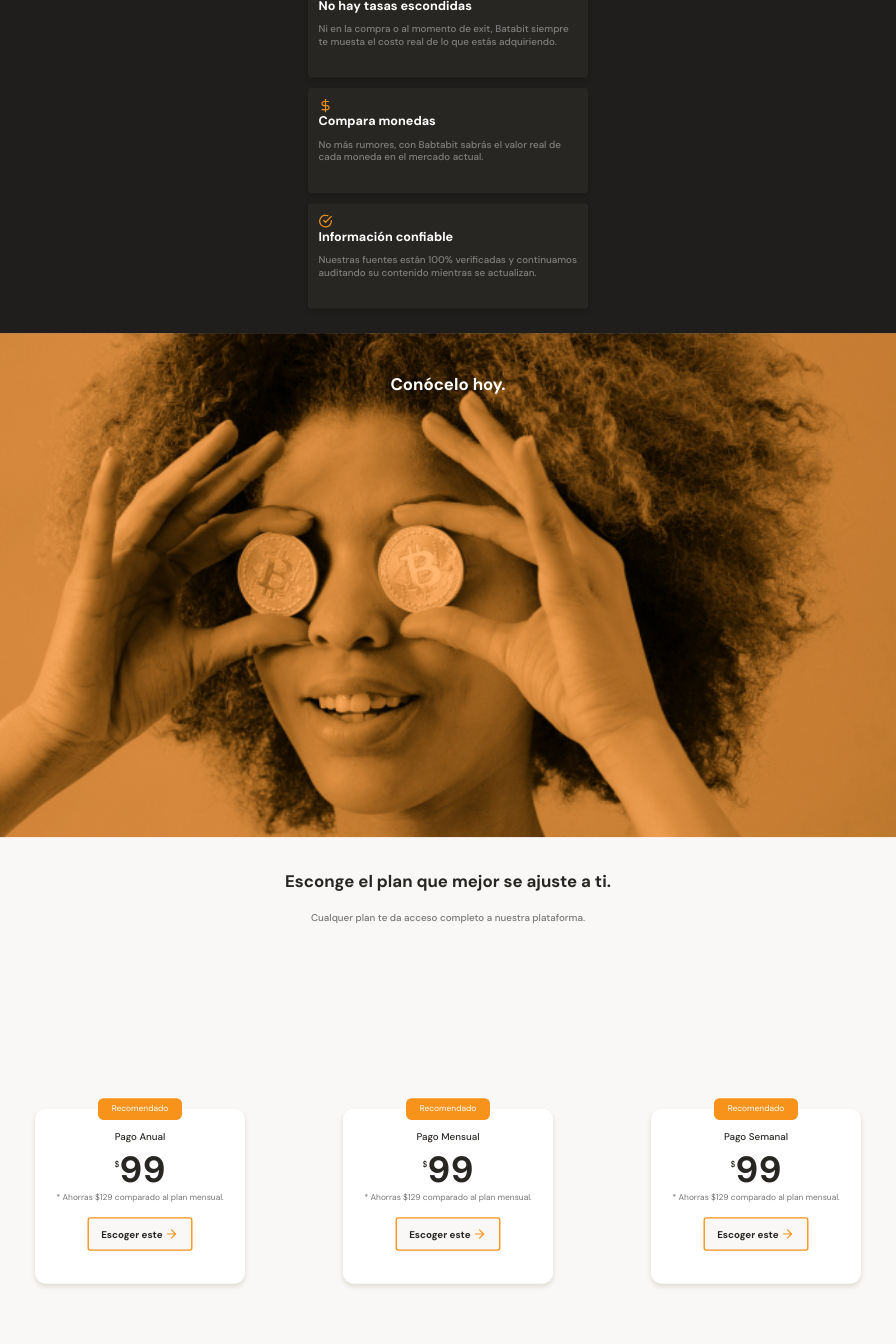
Repository: elto82/mobileFirst
Page: index.html
An editor plug-in stored every save of this project. The page is shown before and after the next save, followed by the edit.
The browser window is 1280 px wide. The pictures show the part of the page from y = 1507 to 3427 px (the page is 3427 px tall), at 70% of full size.
Some web fonts or font styles are not loaded; a fallback is used.

Above is the page before, as saved 2022-06-08 22:34:10.

### index.html
<!DOCTYPE html>
<html lang="en">
  <head>
    <meta charset="UTF-8" />
    <meta http-equiv="X-UA-Compatible" content="IE=edge" />
    <meta name="viewport" content="width=device-width, initial-scale=1.0" />
    <link rel="preconnect" href="https://fonts.googleapis.com" />
    <link rel="preconnect" href="https://fonts.gstatic.com" crossorigin />
    <link
      href="https://fonts.googleapis.com/css2?family=DM+Sans:wght@400;500;700&family=Inter:wght@300;500&family=Poppins:ital,wght@0,300;1,400;1,600&family=Quicksand:wght@300;500;700&family=Roboto:wght@400;700&family=Rubik+Beastly&display=swap"
      rel="stylesheet"
    />
    <link rel="stylesheet" href="./style.css">
    <title>Document</title>
  </head>
  <body>
    <header>
        <img src="./assets/img/logo.svg" alt="">
        <div class="header-title-container">
            <h1>La próxima revolución en el intercambio de criptomonedas.</h1>
            <p>Batatabit te ayuda a navegar entre los diferentes precios y tendencias.  </p>
            <a href="#plans" class="header-button">Conoce nuestros planes <span></span></a>
        </div>
    </header>
    <main>
      <section class="main-exchange-container">
          <div class="backgroundImg"></div>
          <div class="main-exchange-conintainer--title">
            <h2>Visibilizamos todas las tasas de cambio.</h2>
            <p>Traemos información en tiempo real de las casas de cambio y las monedas más importantes del mundo.</p>
          </div>
          <section class="main-tables-container">
              <div class="main-currency-table">
                <p class="currency-table--title">Monedas</p>
                <div class="currency-table--container">
                  <table>
                    <tr>
                      <td class="table__top-left">Bitcoin</td>
                      <td class="table__top-right table__right" >$1.96 <span class="down"></span></td>
                    </tr>
                    <tr>
                      <td>Ethereum</td>
                      <td class="table__right">$0.07 <span class="up"></span></td>
                    </tr>
                    <tr>
                      <td>Riple</td>
                      <td class="table__right">$2.15<span class="down"></span></td>
                    </tr>
                    <tr>
                      <td class="table__bottom-left">Stellar</td>
                      <td class="table__botton-right table__right">$4.96 <span class="down"></span></td>
                    </tr>
                  </table>
                </div>
                <div class="currency-table--date">
                  <p><b> Actualizado:</b> 19 julio 23:45</p>
                </div>
              </div>
          </section>
      </section>

      <section class="main-product-detail">
        <span class="product-detail--batata-logo"></span>
        <div class="product-detail--title">
          <h2>Creamos un producto sin comparación.</h2>
          <p>Confiable y diseñado para su uso diario.</p>
        </div>
        <section class="product-cards--container">
          <article class="product-detail--card">
            <span class="clock"></span>
            <p class="product--card-title">Tiempo real</p>
            <p class="product--card-body">Nuestro API toma información minuto a minuto sobre las tasas que más determinan el comportamiento.</p>
          </article>
          <article class="product-detail--card">
            <span class="eye"></span>
            <p class="product--card-title">No hay tasas escondidas</p>
            <p class="product--card-body">Ni en la compra o al momento de exit, Batabit siempre te muesta el costo real de lo que estás adquiriendo.</p>
          </article>
          <article class="product-detail--card">
            <span class="money"></span>
            <p class="product--card-title">Compara monedas</p>
            <p class="product--card-body">No más rumores, con Babtabit sabrás el valor real de cada moneda en el mercado actual.</p>
          </article>
          <article class="product-detail--card">
            <span class="ok"></span>
            <p class="product--card-title">Información confiable</p>
            <p class="product--card-body">Nuestras fuentes están 100% verificadas y continuamos auditando su contenido mientras se actualizan.</p>
          </article>
        </section>
      </section>
      <section class="bitcoint-img-container">
        <h2>Conócelo hoy.</h2>
      </section>
      <section id="plans" class="main-plans-container">
        <div class="plans--title">
          <h2>Esconge el plan que mejor se ajuste a ti.</h2>
          <p>Cualquer plan te da acceso completo a nuestra plataforma.</p>
        </div>
        <section class="plans-container--slider">
          <article class="plans-conteiner--card">
            <p class="recommended">Recomendado</p>
            <div class="plan-info-container">
              <h3 class="plan-card--title">Pago Anual</h3>
              <p class="plan-card--price"><span>$</span>99</p>
              <p class="plan-card--saving">* Ahorras $129 comparado al plan mensual.</p>
              <button class="plan-card--ca">Escoger este <span></span></button>
            </div>
          </article>
          <article class="plans-conteiner--card">
            <p class="recommended">Recomendado</p>
            <div class="plan-info-container">
              <h3 class="plan-card--title">Pago Mensual</h3>
              <p class="plan-card--price"><span>$</span>99</p>
              <p class="plan-card--saving">* Ahorras $129 comparado al plan mensual.</p>
              <button class="plan-card--ca">Escoger este <span></span></button>
            </div>
          </article>
          <article class="plans-conteiner--card">
            <p class="recommended">Recomendado</p>
            <div class="plan-info-container">
              <h3 class="plan-card--title">Pago Semanal</h3>
              <p class="plan-card--price"><span>$</span>99</p>
              <p class="plan-card--saving">* Ahorras $129 comparado al plan mensual.</p>
              <button class="plan-card--ca">Escoger este <span></span></button>
            </div>
          </article>
        </section>
      </section>
    </main>
    <footer></footer>
  </body>
</html>

### style.css
/*
1. Posicionamiento
2. Modelo de caja (box model)
3. Tipografia
4.Visuales
5. Otros
*/
:root{
    /* colores */
    --bitcoin-orange:#f7931a;
    --soft-orange: #ffe9d5;
    --secondary-blue:#1a9af7;
    --soft-blue: #e7f5ff;
    --warm-black: #201e1c;
    --black:#282623;
    --grey:#bababa;
    --off-white:#faf8f7;
    --just-white:#fff;

}
*{
    box-sizing: border-box;
    margin: 0;
    padding: 0;
}
html{
    font-size: 62.5%;
    font-family: 'DM Sans', sans-serif;;
}
header{
    position: relative;
    display: flex;
    flex-direction: column;
    justify-content: center;
    width: 100%;
    min-width: 32rem;
    height: 34rem;
    text-align: center;
    background: linear-gradient(207.8deg, #201e1c 16.69%, #f7931a 100%);
}
header img{
    width: 15rem;
    height: 2.4rem;
    margin-top: 6rem;
    align-self: center;
}
.header-title-container{
    width: 90%;
    min-width: 28.8rem;
    max-width: 90rem;
    height: 21.8rem;
    margin-top: 4rem;
    text-align: center;
    align-self: center;
}
.header-title-container h1{
    font-size: 2.4rem;
    font-weight: bold;
    line-height: 2.6rem;
    color: var(--just-white);
}
.header-title-container p{
    margin-top: 2.5rem;
    font-size: 1.4rem;
    font-weight: 500;
    line-height: 1.8rem;
    color: var(--soft-orange);
}
.header-title-container .header-button{
    position: absolute;
    left: calc(50% - 11.8rem);
    top: 27rem;
    display: block;
    margin-top: 3.5rem;
    padding: 1.5rem;
    width: 22.9rem;
    height: 4.8rem;
    background-color: var(--off-white);
    box-shadow: 0px 4px 8px rgba(89, 73, 30, 0.16);
    border: none;
    border-radius: 0.5rem;
    font-size: 1.4rem;
    font-weight: bold;
    text-decoration: none;
    color: var(--black);
}
.header-button span{
    display: inline-block;
    width: 1.3rem;
    height: 0.8rem;
    margin-left: 1rem;
    background-image: url('./assets/icons/down-arrow.svg');
}
main{
    width: 100%;
    height: auto;
    background-color: var(--off-white);
}
.main-exchange-container{
    width: 100%;
    height: auto;
    padding-top: 8rem;
    padding-bottom: 3rem;
    text-align: center;
}
.main-exchange-conintainer--title{
    width: 90%;
    min-width: 28.8rem;
    max-width: 90rem;
    margin: 0 auto;
}
.main-exchange-container .backgroundImg{
    width: 20rem;
    height: 20rem;
    margin: 0 auto;
    margin-bottom: 5rem;
    background-image: url('./assets/img/Bitcoin.svg');
    background-size: cover;
    background-position: center;
    background-repeat: no-repeat;
}
.main-exchange-container h2{
    margin-bottom: 3rem;
    font-size: 2.4rem;
    font-weight: bold;
    line-height: 2.6rem;
    color: var(--black);
}
.header-title-container p{
    margin-bottom: 3rem;
    font-size: 1.4rem;
    font-weight: 500;
    line-height: 1.6rem;
    color: #757575;
}
.main-currency-table{
    width: 70%;
    min-width: 23.5rem;
    max-width: 50re;
    height: 36rem;
    margin: 0 auto;
    font-family: 'Inter', 'sans-serif';
}
.main-currency-table .currency-table--title{
    margin-top: 2rem;
    margin-bottom: 1.5rem;
    font-size: 1.8rem;
    font-weight: bold;
    line-height: 2.3rem;
    color: var(--bitcoin-orange);
}
.currency-table--container{
    width: 90%;
    min-width: 23rem;
    max-width: 30rem;
    height: 25rem;
    margin: 0 auto;
}
.currency-table--container table{
    width: 100%;
    height: 100%;
}
.currency-table--container td{
    width: 50%;
    font-size: 1.6rem;
    font-weight: 500;
    line-height: 1.9rem;
    color: var(--grey);
    background-color: var(--just-white);
}
.currency-table--container .table__top-left{
    border-radius: 1.5rem 0 0 0;
}
.currency-table--container .table__top-right{
    border-radius: 0 1.5rem 0 0;
}
.currency-table--container .table__bottom-left{
    border-radius: 0 0 0 1.5rem;
}
.currency-table--container .table__botton-right{
    border-radius: 0 0 1.5rem 0;
}
.currency-table--container .table__right{
    font-size: 1.4rem;
    font-weight: normal;
    line-height: 1.7rem;
    color: #757575;
}
.currency-table--container .down{
    display: inline-block;
    width: 1.5rem;
    height: 1.5rem;
    margin-left: 1rem;
    background-image: url('./assets/icons/trending-down.svg');
    background-size: cover;
    background-position: center;
    background-repeat: no-repeat;
}
.currency-table--container .up{
    display: inline-block;
    width: 1.5rem;
    height: 1.5rem;
    margin-left: 1rem;
    background-image: url('./assets/icons/trending-up.svg');
    background-size: cover;
    background-position: center;
    background-repeat: no-repeat;
}
.currency-table--date{
    width: 19rem;
    height: 3rem;
    margin: 0 auto;
    margin-top: 1.5rem;
    padding: 0.8rem;
    background-color: var(--soft-orange);
    border-radius: 0.8rem;
    box-shadow: 0px 4px 8px rgba(89, 73, 30, 0.16);
}
.currency-table--date p{
    font-weight: 300;
    font-size: 1.2rem;
    line-height: 1.5rem;
    color: var(--warm-black);
}
.main-product-detail{
    position: relative;
    width: 100%;
    min-width: 32rem;
    height: auto;
    padding: 2rem 1rem;
    background-color: var(--warm-black);
}
.product-detail--batata-logo{
    position: absolute;
    width: 4rem;
    height: 2.5rem;
    top: -1rem;
    left: calc(50% - 2rem);
    background-image: url('./assets/icons/batata.svg');

}
.product-detail--title{
    width: 90%;
    min-width: 28.8rem;
    height: auto;
    margin: 0 auto;
    margin-top: 5rem;
    text-align: center;
}
.product-detail--title h2{
    margin-bottom: 2rem;
    font-size: 2.4rem;
    font-weight: bold;
    line-height: 2.6rem;
    color: var(--just-white);
}
.product-detail--title p{
    margin-bottom: 2rem;
    font-size: 1.4rem;
    font-weight: 500;
    line-height: 1.8rem;
    color: #808080;
}
.product-detail--card{
    width: 90%;
    min-width: 28.8rem;
    max-width: 40rem;
    min-height: 15rem;
    margin: 1.5rem auto;
    padding: 1.5rem;
    background-color: var(--black);
    border-radius: 0.5rem;
    box-shadow: 0 4px 8px rgba(0, 0, 0, 0.16);
}
.product-detail--card .clock{
    display: inline-block;
    width: 2rem;
    height: 2rem; ;
    background-image: url('./assets/icons/clock.svg');
    background-size: cover;
    background-position: center;
    background-repeat: no-repeat;
}
.product-detail--card .eye{
    display: inline-block;
    width: 2rem;
    height: 2rem; ;
    background-image: url('./assets/icons/eye.svg');
    background-size: cover;
    background-position: center;
    background-repeat: no-repeat;
}
.product-detail--card .money{
    display: inline-block;
    width: 2rem;
    height: 2rem; ;
    background-image: url('./assets/icons/dollar-sign.svg');
    background-size: cover;
    background-position: center;
    background-repeat: no-repeat;
}
.product-detail--card .ok{
    display: inline-block;
    width: 2rem;
    height: 2rem; ;
    background-image: url('./assets/icons/check-circle.svg');
    background-size: cover;
    background-position: center;
    background-repeat: no-repeat;
}
.product--card-title{
    margin-bottom: 1.5rem;
    font-size: 1.8rem;
    font-weight: bold;
    line-height: 1.8rem;
    color: var(--just-white);
}
.product--card-body{
    font-size: 1.4rem;
    font-weight: 500;
    line-height: 1.8rem;
    color: #808080;
}
.bitcoint-img-container{
    width: 100%;
    min-width: 32rem;
    height: 100vh;
    background-image:url('./assets/img/bitcoinbaby2x.jpg');
    background-size: cover;
    background-position: center;
    background-repeat: no-repeat;
    text-align: center;
}
.bitcoint-img-container h2{
    padding-top: 6rem;
    font-size: 2.4rem;
    font-weight: bold;
    line-height: 2.6rem;
    color: var(--just-white);

}
.main-plans-container{
    width: 100%;
    min-width: 32rem;
    padding-bottom: 7rem;
    text-align: center;
}
.plans--title{
    width: 90%;
    min-height: 28.8rem;
    height: auto;
    margin: 0 auto;
    margin-bottom: 5rem;
}
.plans--title h2{
    padding-top: 5rem;
    font-size: 2.4rem;
    font-weight: bold;
    line-height: 2.6rem;
    color: var(--black);
}
.plans--title p{
    padding-top: 3rem;
    font-size: 1.4rem;
    font-weight: 500;
    font-weight: 10.8rem;
    color: #757575;
}
.plans-conteiner--card{
    position: relative;
    scroll-snap-align: center;
    width: 70%;
    min-width: 23rem;
    max-width: 30rem;
    height: 25rem;
    margin: 5rem auto 0;
    padding: 0 1.5rem;
    background-color: var(--just-white);
    border-radius: 1.5rem;
    box-shadow: 0 4px 8px rgba(89, 73, 30, 0.16);
}
.recommended{
    position: absolute;
    width: 12rem;
    height: 3.1rem;
    left: calc(50% - 6rem);
    top: -1.5rem;
    font-size: 1.2rem;
    padding-top: 0.6rem;
    background-color: var(--bitcoin-orange);
    border-radius: 0.8rem;
    color: var(--just-white);

}
.plan-card--title{
    padding-top: 3rem;
    font-size: 1.4rem;
    font-weight: 500;
    line-height: 1.8rem ;
    color: var(--black);
}
.plan-card--price{
    padding: 0.5rem 0;
    font-size: 5.2rem;
    font-weight: bold;
    line-height: 5.3rem;
    color: var(--black);
}
.plan-card--price span{
    font-size: 1.2rem;
    font-weight: 300;
    vertical-align: text-top;
}
.plan-card--saving{
    font-size: 1.2rem;
    color: #757575;
}
.plan-card--ca{
    width: 15rem;
    height: 4.8rem;
    margin-top: 2rem;
    background-color: #faf8f7;
    border: 2px solid var(--bitcoin-orange);
    border-radius: 0.4rem;
    font-family: 'DM Sans', sans-serif;
    font-size: 1.4rem;
    font-weight: bold;
    line-height: 1.8rem;
    color: var(--black);
}
.plan-card--ca span{
    display: inline-block;
    width: 2rem;
    height: 2rem;
    background-image: url('./assets/icons/orange-right-arrow.svg');
    background-size: cover;
    background-position: center;
    background-repeat: no-repeat;
    text-align: center;
    vertical-align: text-bottom;
}
.plans-container--slider{
    display: flex;
    gap: 4rem;
    height: 31.6rem;
    overflow-x: scroll;
    overscroll-behavior-x: contain;
    scroll-snap-type: x proximity;
}

After the next save:
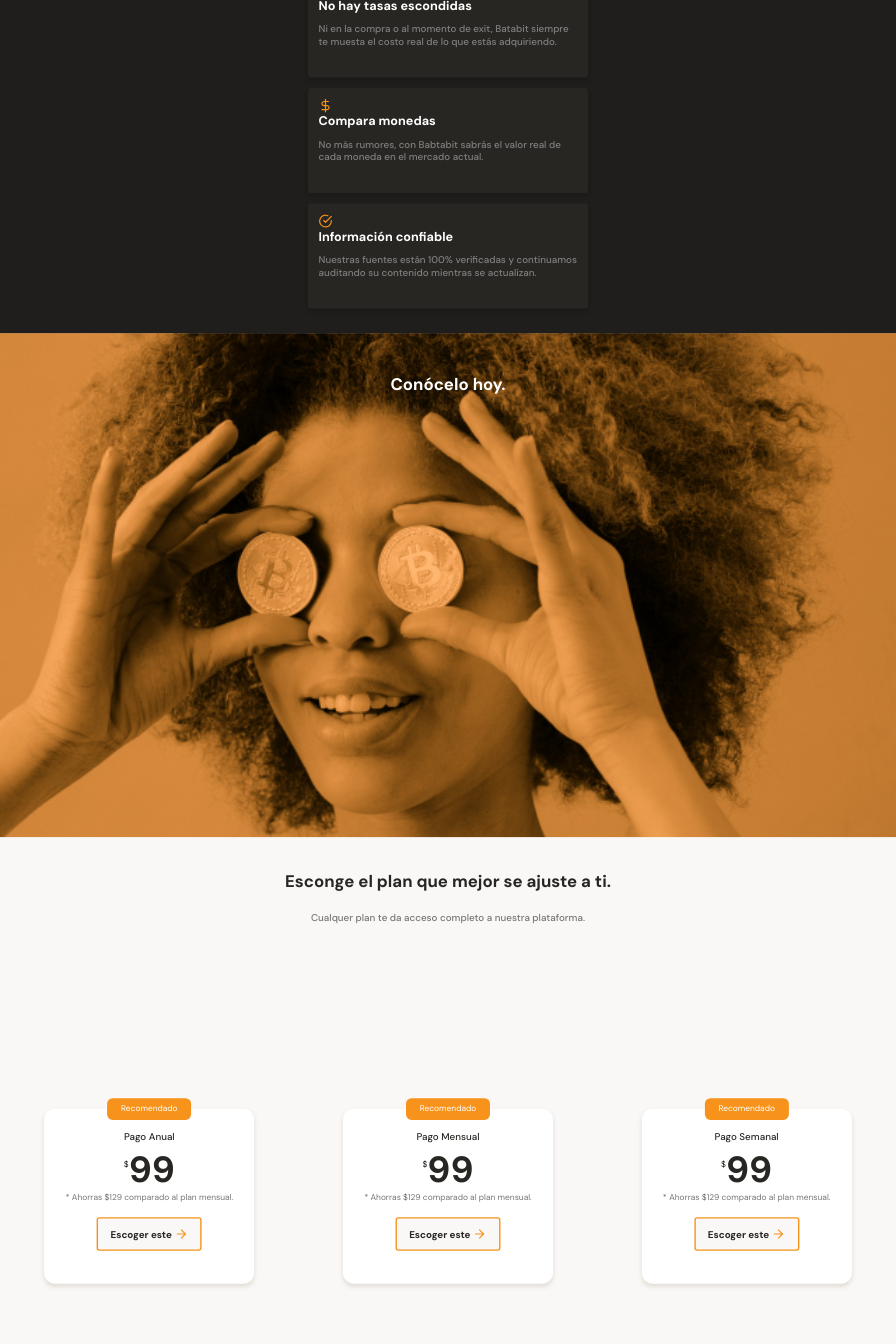
Saved 23 s later.
--- a/style.css
+++ b/style.css
@@ -441,7 +441,6 @@
 }
 .plans-container--slider{
     display: flex;
-    gap: 4rem;
     height: 31.6rem;
     overflow-x: scroll;
     overscroll-behavior-x: contain;
